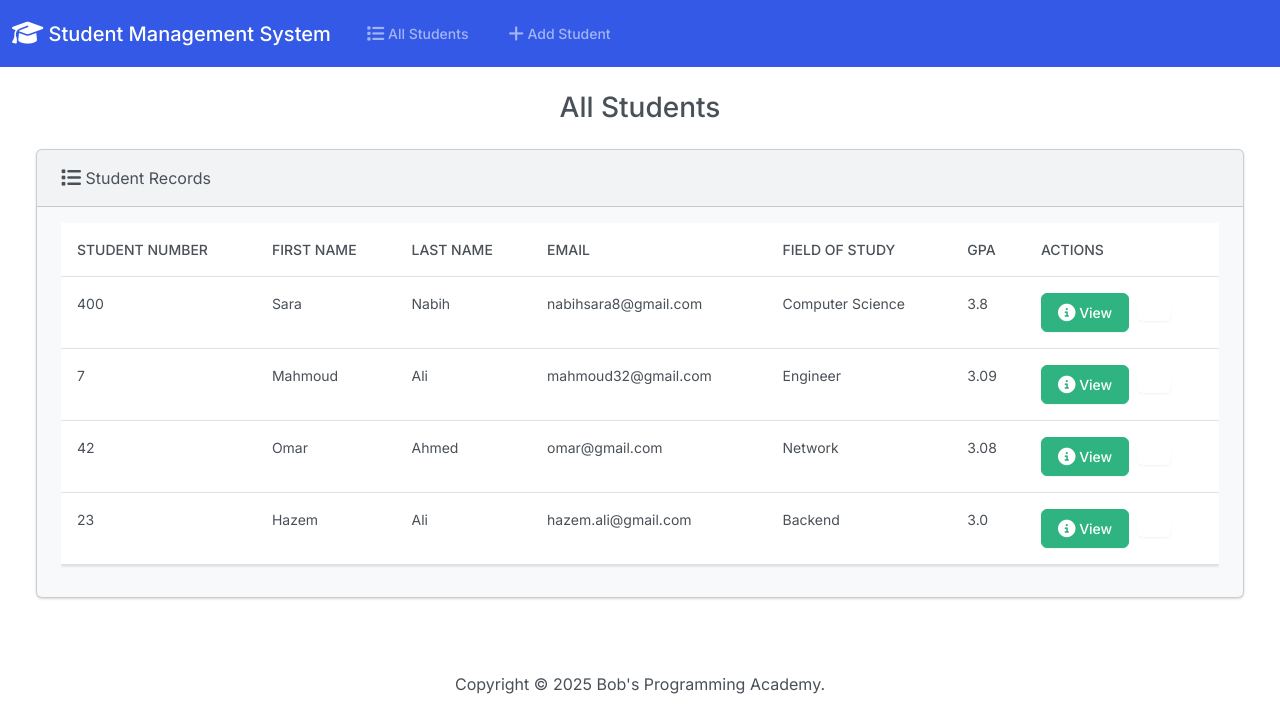
Repository: saraanbih/Student-Management-System
Page: http://localhost/
These files come from the project's save history. The page is drawn as it stood at one moment and after the next save; the edit follows.
The browser window is 1280 px wide. The pictures show the whole page.
Some web libraries are served in a nearby version. The page is served by the project's application, run on Django 5.2 (manage.py). Other server files are loaded and not shown. The page reads the database file committed with the project.

Above is the page before, as saved 2025-09-12 23:26:19.

### students/templates/students/index.html
{% extends "students/base.html" %}

{% block body %}
  <h3 class="m-4 text-center">All Students</h3>
  <div class="row">
    <div class="col-12">
      {% if students %}
        <div class="card bg-light ms-4 me-4 mb-4">
          <div class="card-header">
            <i class="fa-solid fa-list fa-lg"></i> Student Records
          </div>
          <div class="card-body">
            <div class="table-responsive">
              <table class="table table-hover">
                <thead>
                  <tr>
                    <th scope="col">Student Number</th>
                    <th scope="col">First Name</th>
                    <th scope="col">Last Name</th>
                    <th scope="col">Email</th>
                    <th scope="col">Field of Study</th>
                    <th scope="col">GPA</th>
                    <th scope="col">Actions</th>
                  </tr>
                </thead>
                <tbody>
                  {% for student in students %}
                    <tr>
                      <td>{{ student.student_number }}</td>
                      <td>{{ student.first_name }}</td>
                      <td>{{ student.last_name }}</td>
                      <td>{{ student.email }}</td>
                      <td>{{ student.field_of_study }}</td>
                      <td>{{ student.gpa }}</td>
                      <td>
                        <!-- View Button -->
                        <button
                          type="button"
                          class="btn btn-success me-1"
                          data-bs-toggle="modal"
                          data-bs-target="#myModal{{ student.student_id }}">
                          <i class="fa-solid fa-circle-info fa-lg"></i> View
                        </button>

                        <!-- View Modal -->
                        <div class="modal fade" id="myModal{{ student.student_id }}" tabindex="-1" aria-labelledby="myModalLabel{{ student.student_id }}" aria-hidden="true">
                          <div class="modal-dialog" role="document">
                            <div class="modal-content">
                              <div class="modal-header">
                                <h5 class="modal-title" id="myModalLabel{{ student.student_id }}">
                                  Student: {{ student.first_name }} {{ student.last_name }}
                                </h5>
                                <button type="button" class="btn-close" data-bs-dismiss="modal" aria-label="Close"></button>
                              </div>
                              <div class="modal-body">
                                <ul class="list-unstyled">
                                  <li>Student Number: <strong>{{ student.student_number }}</strong></li>
                                  <li>First Name: <strong>{{ student.first_name }}</strong></li>
                                  <li>Last Name: <strong>{{ student.last_name }}</strong></li>
                                  <li>Email: <strong>{{ student.email }}</strong></li>
                                  <li>Field of Study: <strong>{{ student.field_of_study }}</strong></li>
                                  <li>GPA: <strong>{{ student.gpa }}</strong></li>
                                </ul>
                              </div>
                              <div class="modal-footer">
                                <button type="button" class="btn btn-primary" data-bs-dismiss="modal">Close</button>
                              </div>
                            </div>
                          </div>
                        </div>

                        <a class="btn btn"></a>
                      </td>
                    </tr>
                  {% endfor %}
                </tbody>
              </table>
            </div>
          </div>
        </div>
      {% else %}
        <h5 class="card bg-light ms-4 me-4 mb-4 p-3">No Student Records</h5>
      {% endif %}
    </div>
  </div>
{% endblock %}

### students/templates/students/base.html
{% load static %}
<!DOCTYPE html>
<html lang="en">
  <head>
    <title>Student Management System</title>
    <link rel="stylesheet" href="https://cdnjs.cloudflare.com/ajax/libs/font-awesome/6.1.1/css/all.min.css">
    <link href="{% static 'css/bootstrap.min.css' %}" rel="stylesheet">
  </head>
  <body class="d-flex flex-column min-vh-100">
    <nav class="navbar navbar-expand-lg navbar-dark bg-primary">
      <div class="container-fluid">
        <a class="navbar-brand" href="{% url 'index' %}">
          <i class="fa-solid fa-graduation-cap fa-lg"></i> Student Management System
        </a>
        <button class="navbar-toggler" type="button" data-bs-toggle="collapse" data-bs-target="#navbarColor01" aria-controls="navbarColor01" aria-expanded="false" aria-label="Toggle navigation">
          <span class="navbar-toggler-icon"></span>
        </button>
        <div class="collapse navbar-collapse" id="navbarColor01">
          <ul class="navbar-nav me-auto">
            <li class="nav-item">
              <a class="nav-link" href="{% url 'index' %}">
                <i class="fa-solid fa-list fa-lg"></i> All Students
              </a>
            </li>
            <li class="nav-item">
              <a class="nav-link" href="{% url 'add' %}">
                <i class="fa-solid fa-plus fa-lg"></i> Add Student
              </a>
            </li>
          </ul>
        </div>
      </div>
    </nav>
    <div class="container-fluid">
      {% block body %}
      {% endblock %}
    </div>
    <footer class="mt-auto mb-4">
      <div class="text-center">
        <span>
          Copyright &copy; <script>document.write(new Date().getFullYear())</script> Bob's Programming Academy.
        </span>
      </div>
    </footer>
    <script src="https://cdn.jsdelivr.net/npm/bootstrap@5.0.2/dist/js/bootstrap.bundle.min.js"></script>
  </body>
</html>

### students/models.py
from django.db import models

# Create your models here.

class Student(models.Model):
  student_number = models.PositiveBigIntegerField()
  first_name = models.CharField(max_length=50)
  last_name = models.CharField(max_length=50)
  email = models.EmailField(max_length=100)
  field_of_study = models.CharField(max_length=50)
  gpa = models.FloatField()

  def __str__(self):
    return f"{self.first_name} {self.last_name}"

### students/views.py
from django.http import HttpResponseRedirect
from django.shortcuts import render, redirect
from django.urls import reverse
from .models import Student
from .forms import StudentForm

def index(request):
    return render(request, 'students/index.html', {
        'students': Student.objects.all()
    })

def view_student(request, student_id):
    student = Student.objects.get(pk=student_id)
    return HttpResponseRedirect(reverse('index'))

def add(request):
    if request.method == 'POST':
        form = StudentForm(request.POST)
        if form.is_valid():
            form.save()
            return render(request, 'students/add.html', {
                'form': StudentForm(),
                'success': True
            })
    else:
        form = StudentForm()

    return render(request, 'students/add.html', {
        'form': form
    })

def edit(request, student_id):
    if request.method == 'POST':
        student = Student.objects.get(pk=student_id)
        form = StudentForm(request.POST, instance=student)
        if form.is_valid():
            form.save()
            return redirect(request,'students/add.html',{
                'form': form,
                'success': True
            })
    else:
        student = Student.objects.get(pk=student_id)
        form = StudentForm(instance=student)
    return render(request, 'students/edit.html', {
        form: form,
    })

### django_project/urls.py
"""
URL configuration for django_project project.

The `urlpatterns` list routes URLs to views. For more information please see:
    https://docs.djangoproject.com/en/5.2/topics/http/urls/
Examples:
Function views
    1. Add an import:  from my_app import views
    2. Add a URL to urlpatterns:  path('', views.home, name='home')
Class-based views
    1. Add an import:  from other_app.views import Home
    2. Add a URL to urlpatterns:  path('', Home.as_view(), name='home')
Including another URLconf
    1. Import the include() function: from django.urls import include, path
    2. Add a URL to urlpatterns:  path('blog/', include('blog.urls'))
"""
from django.contrib import admin
from django.urls import path, include

urlpatterns = [
    path('admin/', admin.site.urls),
    path('', include('students.urls')),
]

### students/urls.py
from django.urls import path
from . import views

urlpatterns = [
  path('', views.index, name='index'),
  path('<int:student_id>/', views.view_student, name='view_student'),
  path('add/', views.add, name='add'),
  path('edit/<int:student_id>/', views.edit, name='edit'),
]

### db.sqlite3 (the tables this page reads, as SQL)
CREATE TABLE "students_student" ("id" integer NOT NULL PRIMARY KEY AUTOINCREMENT, "first_name" varchar(50) NOT NULL, "last_name" varchar(50) NOT NULL, "email" varchar(100) NOT NULL, "field_of_study" varchar(50) NOT NULL, "gpa" real NOT NULL, "student_number" bigint unsigned NOT NULL CHECK ("student_number" >= 0));
INSERT INTO "students_student" VALUES
(4, 'Sara', 'Nabih', 'nabihsara8@gmail.com', 'Computer Science', 3.8, 400),
(6, 'Mahmoud', 'Ali', 'mahmoud32@gmail.com', 'Engineer', 3.09, 7),
(7, 'Omar', 'Ahmed', 'omar@gmail.com', 'Network', 3.08, 42),
(8, 'Hazem', 'Ali', 'hazem.ali@gmail.com', 'Backend', 3.0, 23);

Loaded but not shown: students/static/css/bootstrap.min.css (library)

After the next save:
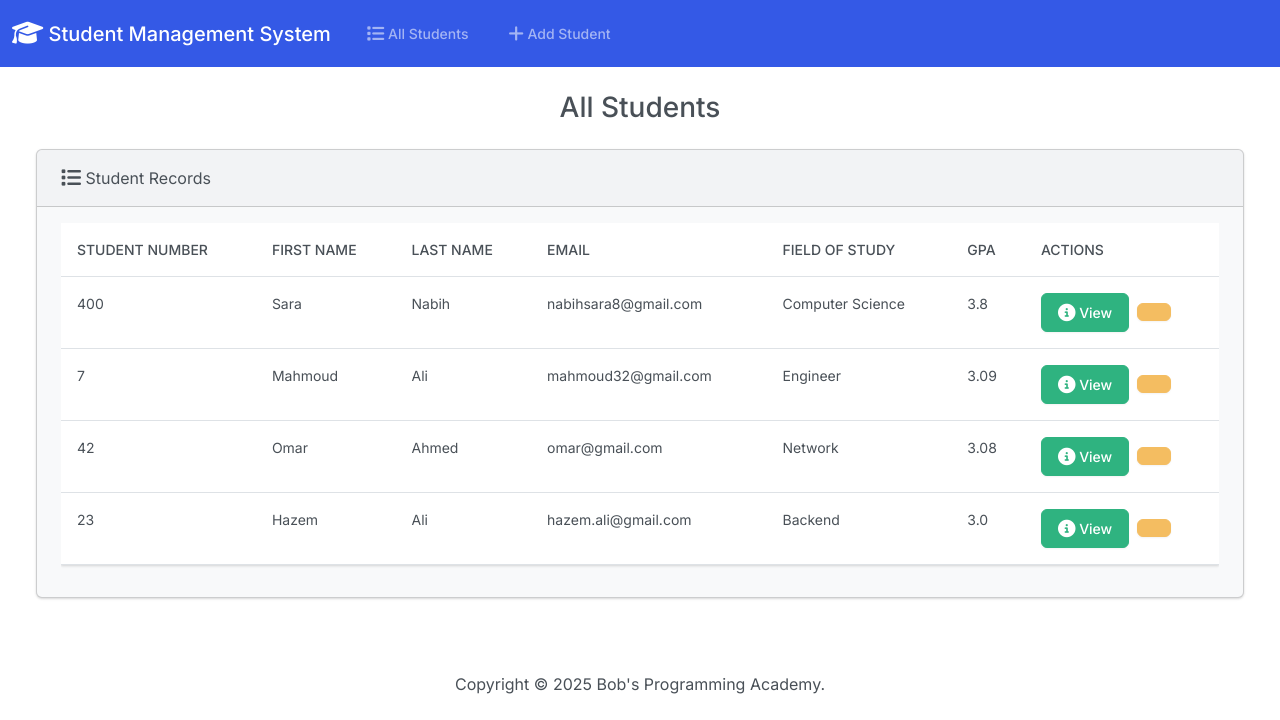
Saved 6 s later.
--- a/students/templates/students/index.html
+++ b/students/templates/students/index.html
@@ -69,7 +69,7 @@
                           </div>
                         </div>
 
-                        <a class="btn btn"></a>
+                        <a class="btn btn-warning"></a>
                       </td>
                     </tr>
                   {% endfor %}
